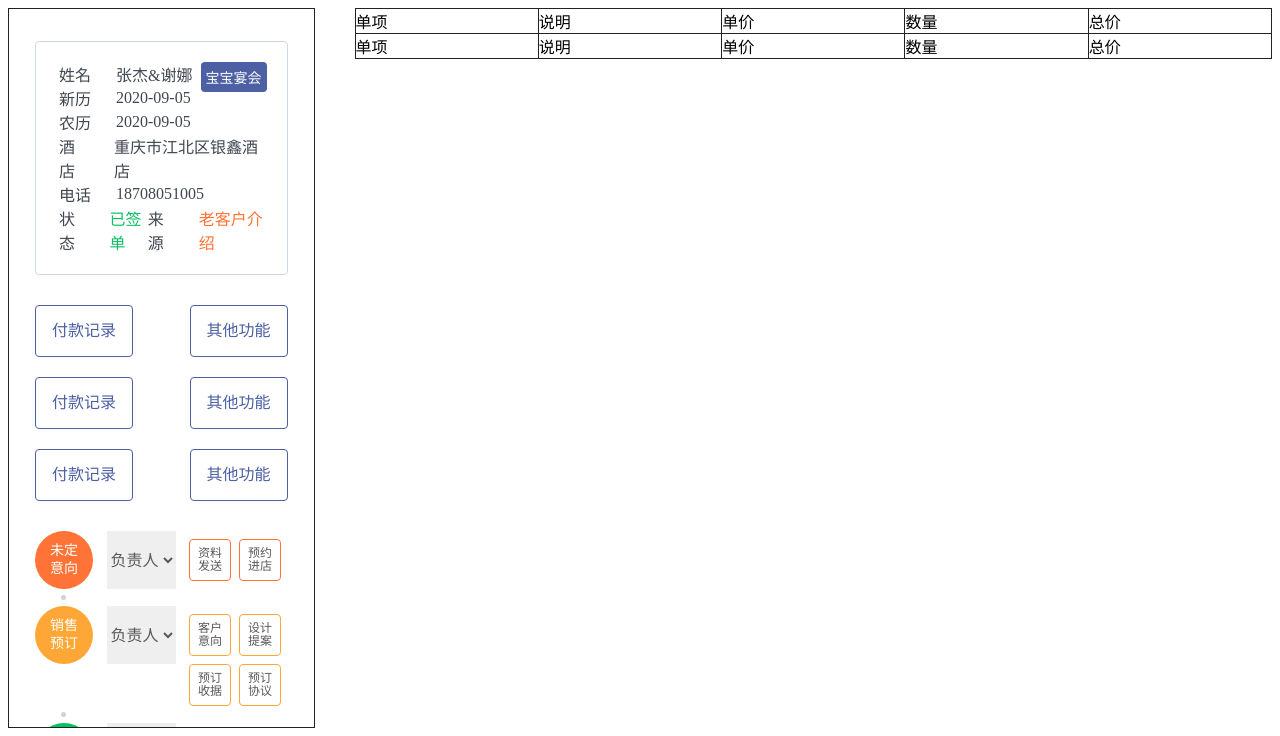
Repository: Lairuola/wedding-1
Page: index.html
The author's editor kept a copy of each file at every save. The page is drawn from the files as they stood at one save, then again after the next save.
The browser window is 1280 px wide. The pictures show the whole page.

Above is the page before, as saved 2020-12-24 15:39:31.

### index.html
<!--
 * @Author       : 濑若拉
 * @Date         : 2020-12-17 10:22:14
 * @LastEditors  : 濑若拉
 * @LastEditTime : 2020-12-24 15:39:31
 * @FilePath     : /slidebar/index.html
-->


<!DOCTYPE html>
<html lang="en">

<head>
  <meta charset="UTF-8">
  <meta name="viewport" content="width=device-width, initial-scale=1.0">
  <title>Document</title>
  <style>
    .slide-left {
      width: 402px;
      height: 100vh;
      box-sizing: border-box;
      padding: 32px 26px;
      overflow-y: auto;
      display: flex;
      flex-direction: column;
      align-items: center;
      border: 1px solid #222;
    }

    .info {
      width: 100%;
      height: 328px;
      display: flex;
      flex-direction: column;
      justify-content: space-between;
      padding: 20px 23px;
      position: relative;
      box-sizing: border-box;
      border-radius: 4px;
      border: solid 1px #d1d6e7;
    }

    .info .row {
      width: 100%;
      display: flex;
      font-size: 16px;
      color: #414750;
      flex-direction: row;
      align-items: center;
    }

    .info .row .label,
    .info .end-row .item .label {
      margin-right: 25px;
    }

    .info .end-row {
      width: 100%;
      display: flex;
      flex-direction: row;
      align-items: center;
      justify-content: space-between;
      font-size: 16px;
      color: #414750;
    }

    .info .end-row .item {
      display: flex;
      flex-direction: row;
      align-items: center;
      font-size: 16px;
      color: #414750;
    }

    .info .info-tag {
      padding: 5px;
      background-color: #4c60a3;
      border-radius: 4px;
      font-size: 14px;
      color: #fff;
      position: absolute;
      top: 20px;
      right: 20px;
    }

    .btn-area {
      width: 100%;
      display: flex;
      flex-direction: row;
      align-items: center;
      justify-content: space-between;
      flex-wrap: wrap;
      margin-top: 10px;
      margin-bottom: 30px;
    }

    .btn-area .btn {
      width: 96px;
      height: 50px;
      background-color: #ffffff;
      border-radius: 4px;
      border: solid 1px #4c60a3;
      font-size: 16px;
      color: #4c60a3;
      text-align: center;
      line-height: 50px;
      margin-top: 20px;
    }

    .bot-area {
      width: 100%;
      display: flex;
      flex-direction: column;
    }

    .bot-area .item {
      width: 100%;
      display: flex;
      flex-direction: row;
      position: relative;
      padding-bottom: 17px;
    }

    .bot-area .item .circle {
      width: 58px;
      height: 58px;
      color: #fff;
      border-radius: 100%;
      display: flex;
      align-items: center;
      justify-content: center;
    }

    .bot-area .item .circle .text {
      width: 28px;
      height: 36px;
      font-size: 14px;
      line-height: 18px;
    }

    .bot-area .item .select-wrap {
      width: 96px;
      text-align: center;
    }

    .bot-area .item .select-wrap .bot-select {
      border: none;
      outline: none;
      color: #595959;
      font-size: 16px;
      height: 58px;
    }

    .bot-area .item .btn-row {
      flex: 1;
      display: flex;
      flex-direction: row;
      flex-wrap: wrap;
      margin-right: -8px;
    }

    .bot-area .item .btn-row .btn {
      width: 40px;
      height: 40px;
      border-radius: 4px;
      margin-right: 8px;
      border: 1px solid;
      display: flex;
      align-items: center;
      justify-content: center;
      margin-top: 8px;
      color: #595959;
    }

    .bot-area .item .btn-row .btn .word {
      width: 24px;
      height: 26px;
      font-size: 12px;
      line-height: 13px;
      letter-spacing: 0px;
    }

    .bot-area .item .dot {
      width: 5px;
      height: 5px;
      background-color: #d2d2d2;
      border-radius: 100%;
      position: absolute;
      bottom: 6px;
      left: 26px;
    }

    .bot-area .item .btn-row .btn.orange {
      border-color: #ff7336;
    }

    .bot-area .item .btn-row .btn.orange:hover {
      background-color: #ff7336;
      color: #fff;
    }

    .bot-area .item .btn-row .btn.yellow {
      border-color: #ffa736;
    }

    .bot-area .item .btn-row .btn.yellow:hover {
      background-color: #ffa736;
      color: #fff;
    }

    .bot-area .item .btn-row .btn.green {
      border-color: #07c160;
    }

    .bot-area .item .btn-row .btn.green:hover {
      background-color: #07c160;
      color: #fff;
    }

    .bot-area .item .btn-row .btn.aqua {
      border-color: #0bc8cb;
    }

    .bot-area .item .btn-row .btn.aqua:hover {
      background-color: #0bc8cb;
      color: #fff;
    }

    .bot-area .item .btn-row .btn.blue {
      border-color: #3d9bfb;
    }

    .bot-area .item .btn-row .btn.blue:hover {
      background-color: #3d9bfb;
      color: #fff;
    }

    .bot-area .item .btn-row .btn.cornflowerblue {
      border-color: #4c60a3;
    }

    .bot-area .item .btn-row .btn.cornflowerblue:hover {
      background-color: #4c60a3;
      color: #fff;
    }

    .color-green {
      color: #07c160
    }

    .color-orange {
      color: #ff7336;
    }

    .bg-color-red {
      background-color: #ff7336;
    }

    .bg-color-yellow {
      background-color: #ffa736;
    }

    .bg-color-green {
      background-color: #07c160;
    }

    .bg-color-aqua {
      background-color: #0bc8cb;
    }

    .bg-color-blue {
      background-color: #3d9bfb;
    }

    .bg-color-cornflowerblue {
      background-color: #4c60a3;
    }
  </style>
  <style>
    .my-table {
      width: 100%;
      height: 80vh;
      display: flex;
      flex-direction: column;
      margin-left: 40px;
      /* border: 1px solid #222; */
      /* border: 1px solid #eff1f7; */
      /* border-collapse: collapse; */
    }

    .my-table .rows {
      width: 100%;
      display: flex;
      flex-direction: row;
      align-items: center;
      /* border: 1px solid #eff1f7; */
    }

    .my-table .rows .item {
      flex: 1;
      border: 1px solid #222;
      box-sizing: border-box;
    }

    .my-table .rows .item:not(:last-child) {
      border-right: 0
    }

    .my-table .rows:not(:last-child) .item {
      border-bottom: 0;
    }
  </style>
</head>

<body style="display: flex;flex-direction: row;">
  <div class="slide-left">
    <!-- 资料 -->
    <div class="info">
      <div class="row">
        <div class="label">姓名</div>
        <div class="content">张杰&谢娜</div>
      </div>
      <div class="row">
        <div class="label">新历</div>
        <div class="content">2020-09-05</div>
      </div>
      <div class="row">
        <div class="label">农历</div>
        <div class="content">2020-09-05</div>
      </div>
      <div class="row">
        <div class="label">酒店</div>
        <div class="content">重庆市江北区银鑫酒店</div>
      </div>
      <div class="row">
        <div class="label">电话</div>
        <div class="content">18708051005</div>
      </div>
      <div class="end-row">
        <div class="item">
          <div class="label">状态</div>
          <div class="content color-green">已签单</div>
        </div>
        <div class="item">
          <div class="label">来源</div>
          <div class="content color-orange">老客户介绍</div>
        </div>
      </div>
      <!-- tag -->
      <div class="info-tag">宝宝宴会</div>
    </div>
    <!-- btn-area -->
    <div class="btn-area">
      <div class="btn">付款记录</div>
      <div class="btn">其他功能</div>
      <div class="btn">付款记录</div>
      <div class="btn">其他功能</div>
      <div class="btn">付款记录</div>
      <div class="btn">其他功能</div>
    </div>
    <!-- bot-area -->
    <div class="bot-area">
      <div class="item">
        <div class="circle bg-color-red">
          <div class="text">未定意向</div>
        </div>
        <div class="select-wrap">
          <select class='bot-select' name="" id="">
            <option value="">负责人</option>
          </select>
        </div>
        <div class="btn-row">
          <div class="btn orange">
            <div class="word">资料发送</div>
          </div>
          <div class="btn orange">
            <div class="word">预约进店</div>
          </div>
        </div>
        <div class="dot"></div>
      </div>
      <div class="item">
        <div class="circle bg-color-yellow">
          <div class="text">销售预订</div>
        </div>
        <div class="select-wrap">
          <select class='bot-select' name="" id="">
            <option value="">负责人</option>
          </select>
        </div>
        <div class="btn-row">
          <div class="btn yellow">
            <div class="word">客户意向</div>
          </div>
          <div class="btn yellow">
            <div class="word">设计提案</div>
          </div>
          <div class="btn yellow">
            <div class="word">预订收据</div>
          </div>
          <div class="btn yellow">
            <div class="word">预订协议</div>
          </div>
        </div>
        <div class="dot"></div>
      </div>
      <div class="item">
        <div class="circle bg-color-green">
          <div class="text">设计策划</div>
        </div>
        <div class="select-wrap">
          <select class='bot-select' name="" id="">
            <option value="">负责人</option>
          </select>
        </div>
        <div class="btn-row">
          <div class="btn green">
            <div class="word">策划设计</div>
          </div>
          <div class="btn green">
            <div class="word">价格明细</div>
          </div>
          <div class="btn green">
            <div class="word">正式合同</div>
          </div>
          <div class="btn green">
            <div class="word">搭建清单</div>
          </div>
        </div>
        <div class="dot"></div>
      </div>
      <div class="item">
        <div class="circle bg-color-aqua">
          <div class="text">服务统筹</div>
        </div>
        <div class="select-wrap">
          <select class='bot-select' name="" id="">
            <option value="">负责人</option>
          </select>
        </div>
        <div class="btn-row">
          <div class="btn aqua">
            <div class="word">统筹服务</div>
          </div>
        </div>
        <div class="dot"></div>
      </div>
      <div class="item">
        <div class="circle bg-color-blue">
          <div class="text">执行搭建</div>
        </div>
        <div class="select-wrap">
          <select class='bot-select' name="" id="">
            <option value="">负责人</option>
          </select>
        </div>
        <div class="btn-row">
          <div class="btn blue">
            <div class="word">搭建确认</div>
          </div>
          <div class="btn blue">
            <div class="word">执行完成</div>
          </div>
        </div>
        <div class="dot"></div>
      </div>
      <div class="item">
        <div class="circle bg-color-cornflowerblue">
          <div class="text">成本结算</div>
        </div>
        <div class="select-wrap">
          <select class='bot-select' name="" id="">
            <option value="">负责人</option>
          </select>
        </div>
        <div class="btn-row">
          <div class="btn cornflowerblue">
            <div class="word">成本核算</div>
          </div>
        </div>
      </div>
    </div>
  </div>
  <div class="my-table">
    <div class="rows">
      <div class="item">单项</div>
      <div class="item">说明</div>
      <div class="item">单价</div>
      <div class="item">数量</div>
      <div class="item">总价</div>
    </div>
    <div class="rows">
      <div class="item">单项</div>
      <div class="item">说明</div>
      <div class="item">单价</div>
      <div class="item">数量</div>
      <div class="item">总价</div>
    </div>
  </div>
</body>

</html>

After the next save:
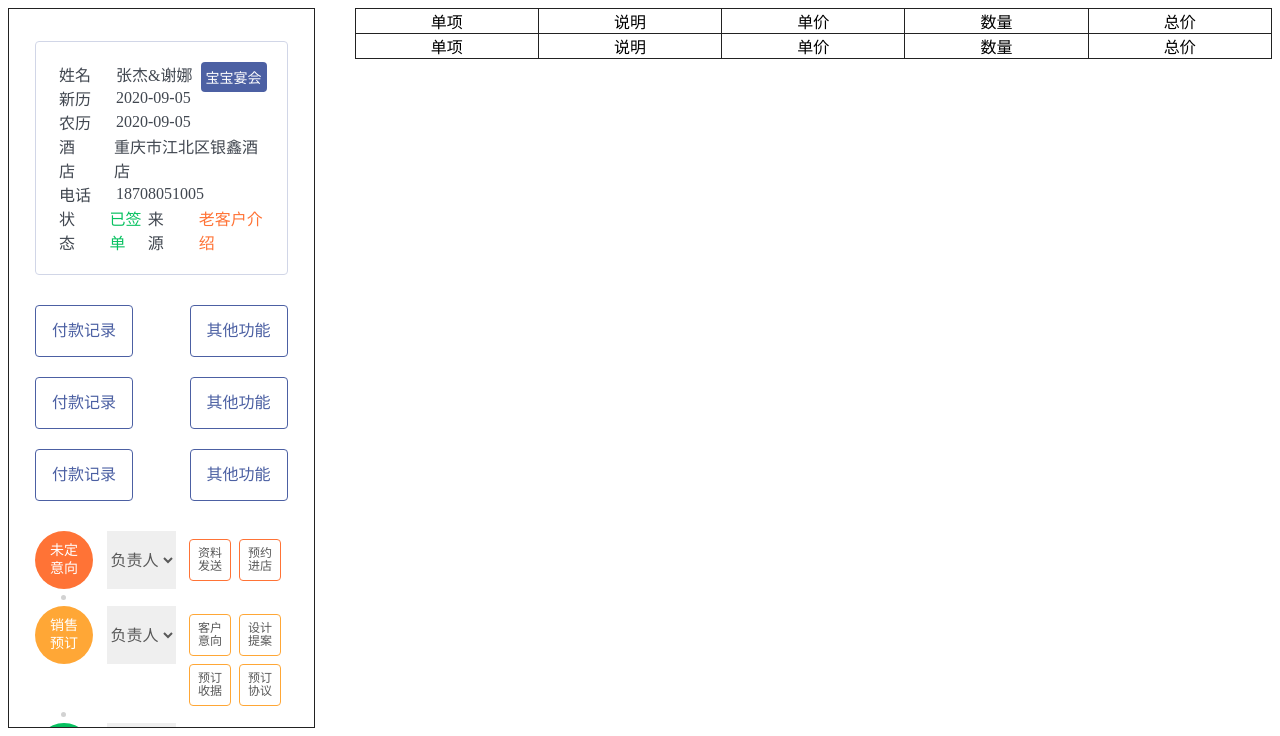
Saved 24 s later.
--- a/index.html
+++ b/index.html
@@ -2,7 +2,7 @@
  * @Author       : 濑若拉
  * @Date         : 2020-12-17 10:22:14
  * @LastEditors  : 濑若拉
- * @LastEditTime : 2020-12-24 15:39:31
+ * @LastEditTime : 2020-12-24 15:39:55
  * @FilePath     : /slidebar/index.html
 -->
 
@@ -300,6 +300,9 @@
       flex: 1;
       border: 1px solid #222;
       box-sizing: border-box;
+      display: flex;
+      align-items: center;
+      justify-content: center;
     }
 
     .my-table .rows .item:not(:last-child) {
